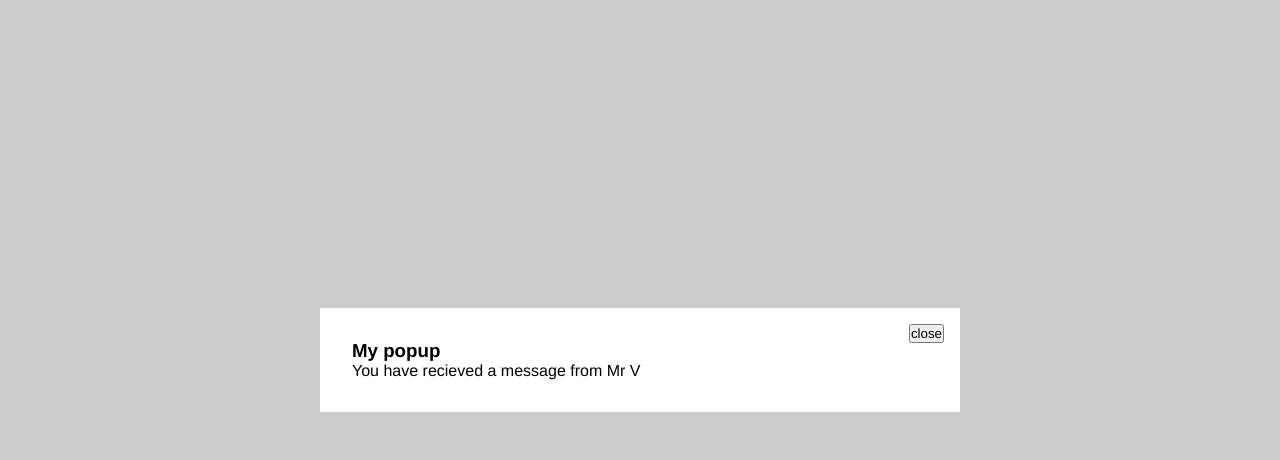
Repository: ThabangMpiti/notification3
Page: / (app in notipopu/), after clicking the first element matching `button`
An editor plug-in stored every save of this project. The page is shown before and after the next save, followed by the edit.
The browser window is 1280 px wide. The pictures show the whole page.
The project was rebuilt for these pictures with package versions that can differ from the ones it lists, and the page was loaded fresh each time.

Above is the page before, as saved 2023-07-17 09:46:55.

### notipopu/src/index.css
*{
  margin: 0;
  padding: 0;
  box-sizing: border-box;
  font-family: 'Franklin Gothic Medium', 'Arial Narrow', Arial, sans-serif;
}
main {
  padding: 32px;
  display: flex;
  flex-direction: column;
  align-items: center;
  justify-content: center;
  min-height: 100vh;
}

### notipopu/src/App.js
import Popup from "./Components/notificationpopup";
import { useState } from 'react'

function App() {
  const [buttonPopup, setButtonPopup] =useState(false);

  return (
    <div className="App">
    <main>
      <h1>Notification Application</h1>
      <br/>
      <button onClick={() => setButtonPopup(true)}>Notification(1)</button>

      </main>
      <Popup trigger={buttonPopup} setTrigger=
      {setButtonPopup}>
        <h3>My popup</h3>
        <p>You have recieved a message from Mr V</p>
      </Popup>
    </div>
  );
}

export default App;

### notipopu/src/Components/notificationpopup.js
import React from 'react'
import records from './records.json'
import './Popup.css'

function Popup(props){
    return (props.trigger) ? (
        <div className="popup">
           <div className="popup-inner">
            <button className="close-btn" onClick={() => props.setTrigger(false)}>close</button>
            { props.children

            }
           </div>
        </div>
    ) : " "
}
export default Popup;

### notipopu/src/Components/records.json
[
    {
        "id":1,
        "Sender"  : "Nosipho Holomisa (1)",
        "Message" : "Complete the work of Mr V in time so the you can master all the code",
        "read"    : false
    },
    {
        "id":2,
        "Sender"  : "Thabang(1)",
        "Message" : "Complete the work of Mr V in time so the you can master all the code",
        "read"    : true
    },
    {
        "id":3,
        "Sender"  : "Thabang(1)",
        "Message" : "Complete the work of Mr V in time so the you can master all the code",
        "read"    : true
    }

]

### notipopu/src/Components/Popup.css
.popup{
    position: fixed;
    top: 0;
    left: 0;
    width: 100%;
    height: 100vh;
    background-color: rgba(0, 0, 0,0.2);
    display: flex;
    justify-content: center;
    align-items: center;

}

.popup-inner{
    position: relative;
    padding: 32px;
    width: 100%;
    max-width: 640px;
    background-color: white;
}

.popup-inner .close-btn {
    position: absolute;
    top: 16px;
    right:16px;
}

Loaded but not shown: notipopu/src/index.js (common file)

After the next save:
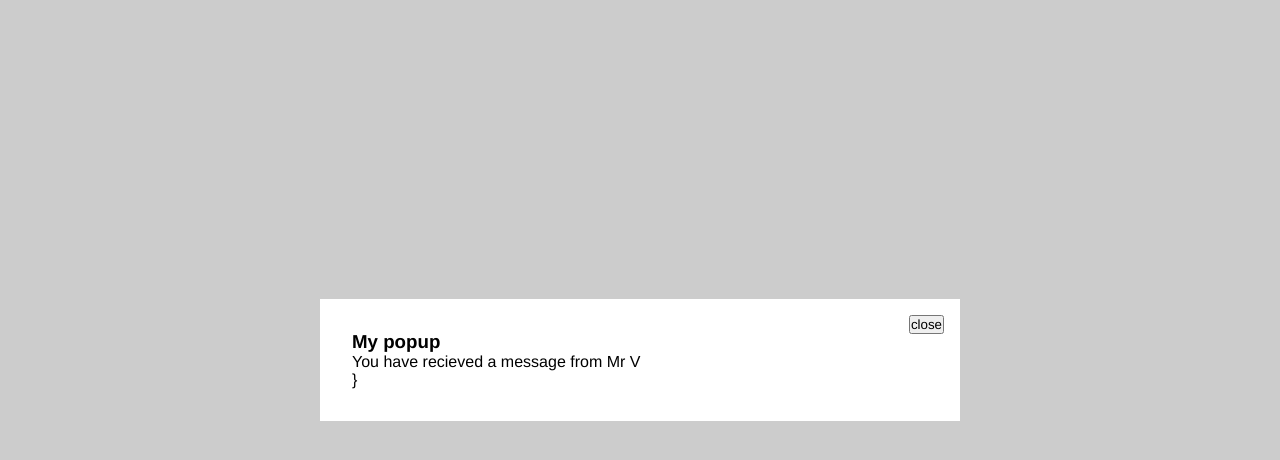
Saved 59 s later.
--- a/notipopu/src/Components/notificationpopup.js
+++ b/notipopu/src/Components/notificationpopup.js
@@ -7,9 +7,7 @@ function Popup(props){
         <div className="popup">
            <div className="popup-inner">
             <button className="close-btn" onClick={() => props.setTrigger(false)}>close</button>
-            { props.children
-
-            }
+            { props.children }              }
            </div>
         </div>
     ) : " "
